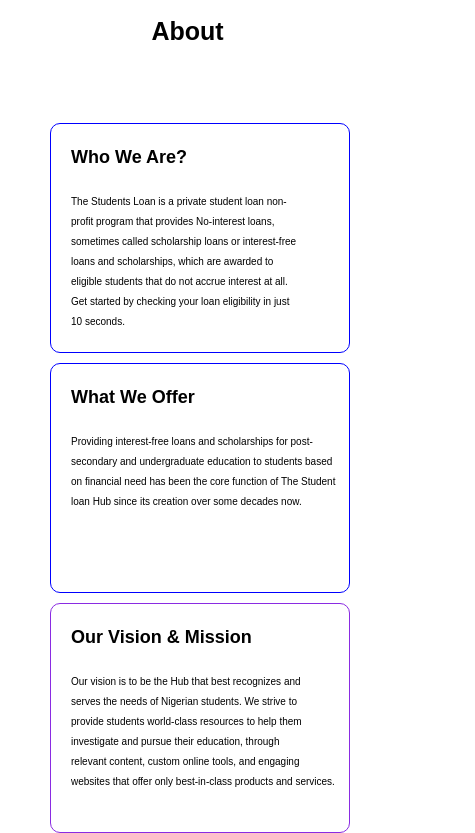
Repository: Tobby004/basic-loanweb
Page: about.html
These files come from the project's save history. The page is drawn as it stood at one moment and after the next save; the edit follows.
The browser window is 375 px wide. The page is 475 px wide, so the pictures cover 475 px, including what lies to the right of the window. The pictures show the whole page.

Above is the page before, as saved 2023-07-06 02:34:39.

After the next save:
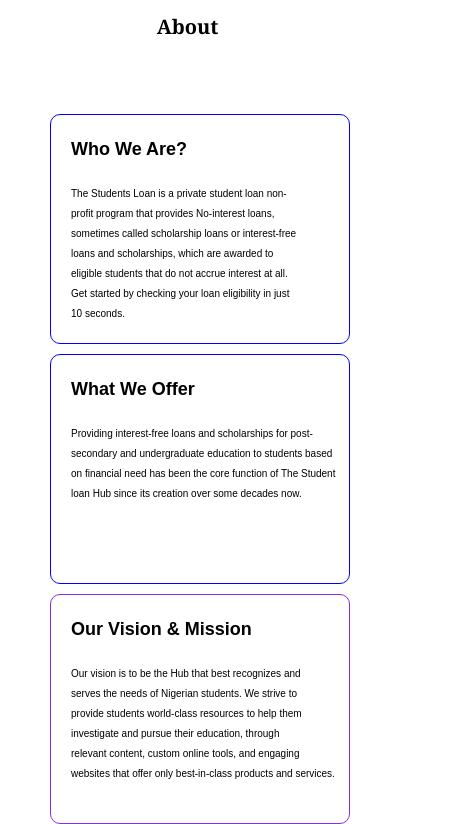
Saved 103 s later.
--- a/about.css
+++ b/about.css
@@ -62,6 +62,8 @@ h1 {
     .container {
         display: inline-block;
         width:100% ;
+        margin-left: auto;
+        margin-right: auto;
         margin: 50px;
     }
     .box-1{
@@ -84,7 +86,12 @@ h1 {
       font-family: sans-serif;
       line-height: 20px;
    }
-
+   h1 {
+    text-align: center;
+    font-size: 20px;
+    font-weight: bold;
+    font-family: Georgia, 'Times New Roman', Times, serif;
+   }
 
 
 }
